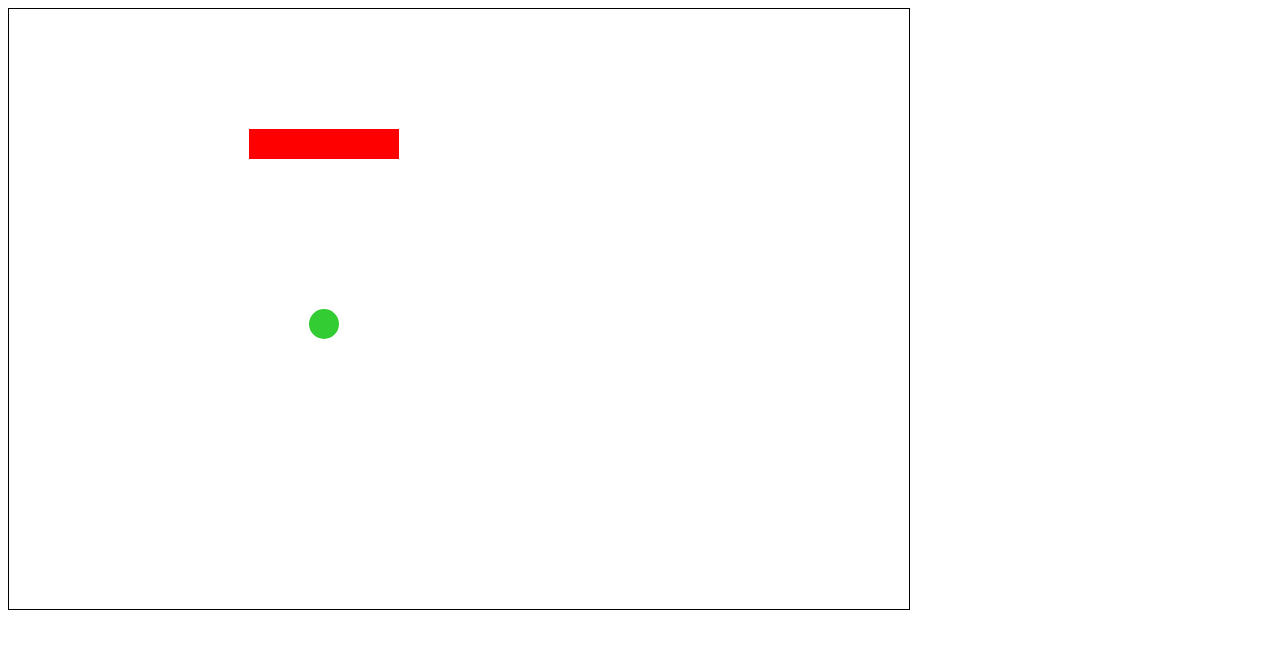
Repository: laben35/snake
Page: index.html
These files come from the project's save history. The page is drawn as it stood at one moment and after the next save; the edit follows.
The browser window is 1280 px wide. The pictures show the whole page.

Above is the page before, as saved 2019-12-08 17:35:52.

After the next save:
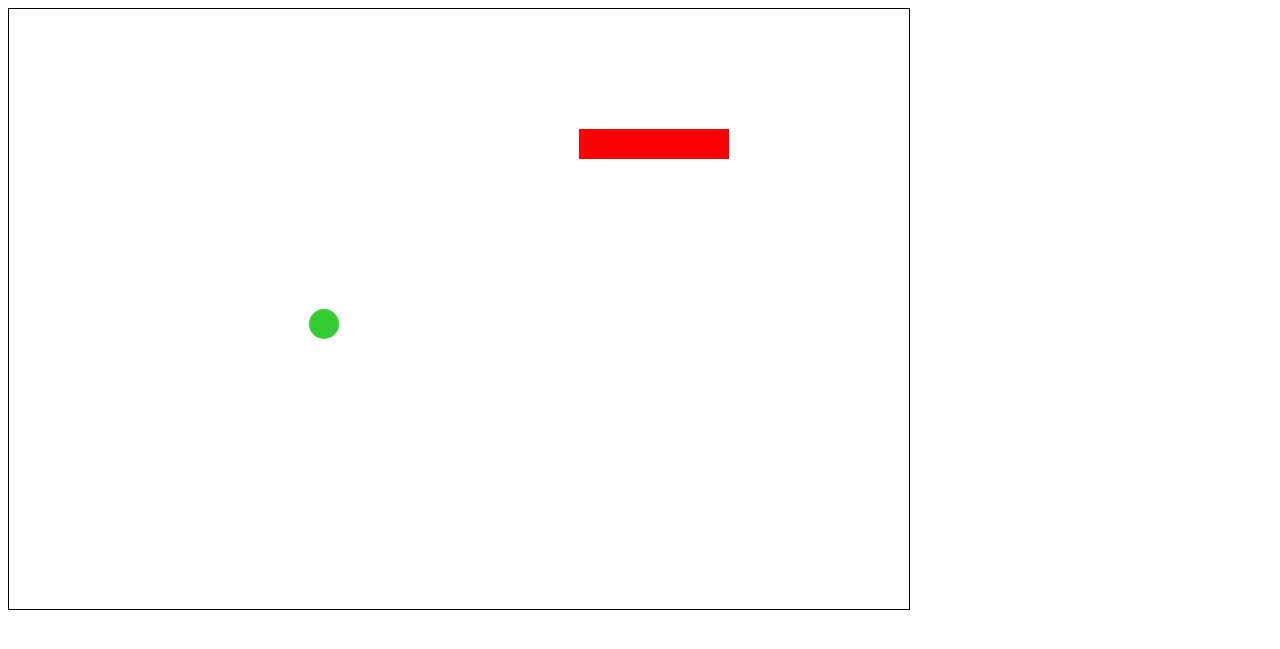
Saved 22 s later.
--- a/script.js
+++ b/script.js
@@ -4,7 +4,7 @@
     var canvasHeight = 600;
     var blockSize = 30;
     var ctx;
-    var delay = 1000;   // si j'augmente le délai de rafraichissement du canvas,  le serpent avance moins vite, comme ça il se rafraichit une fois toutes les secondes et non toutes les dixièmes de secondes
+    var delay = 300;   // si j'augmente le délai de rafraichissement du canvas,  le serpent avance moins vite, comme ça il se rafraichit une fois toutes les secondes et non toutes les dixièmes de secondes
     var snakee;
     var applee;
     var widthInBlocks = canvasWidth/blockSize;  //la largeur en terme de block sera la largeur divisée par la taille du bloc c'est à dire, la largeur est de 900px et la taille du bloc (blockSize) est de 30px ==> notre largeur en terme de blocks sera de 30px var 30*30=900

After the save that followed:
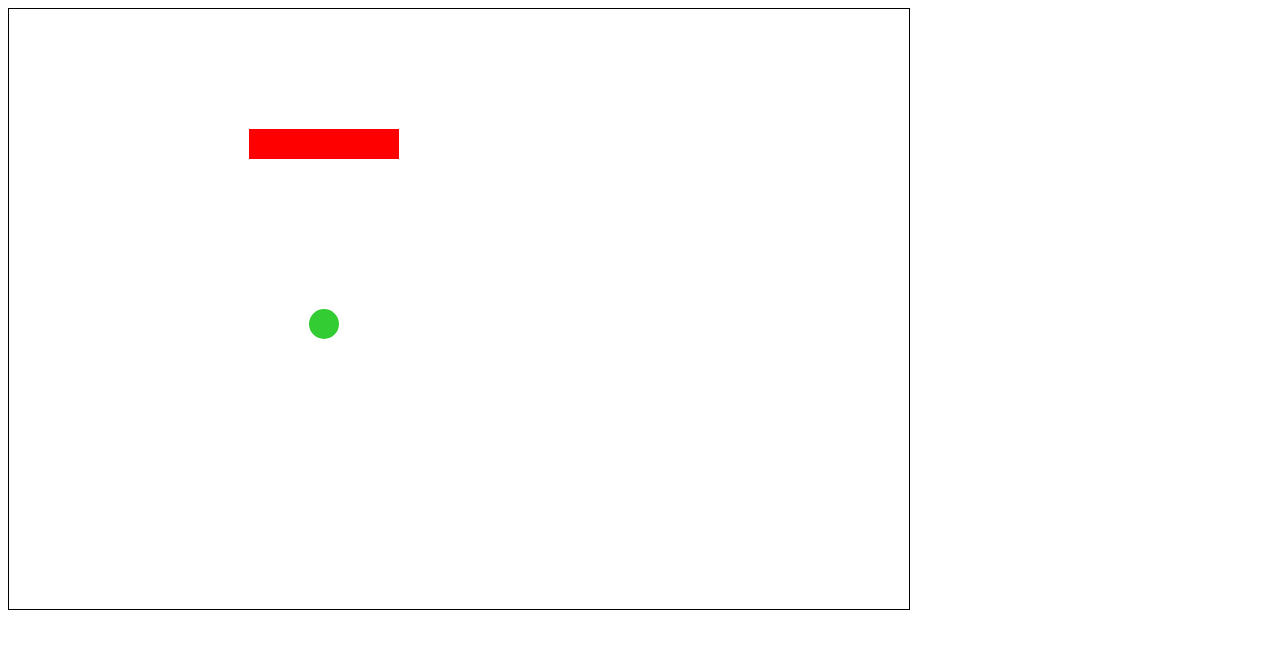
Saved 49 s later.
--- a/script.js
+++ b/script.js
@@ -4,7 +4,7 @@
     var canvasHeight = 600;
     var blockSize = 30;
     var ctx;
-    var delay = 300;   // si j'augmente le délai de rafraichissement du canvas,  le serpent avance moins vite, comme ça il se rafraichit une fois toutes les secondes et non toutes les dixièmes de secondes
+    var delay = 1000;   // si j'augmente le délai de rafraichissement du canvas,  le serpent avance moins vite, comme ça il se rafraichit une fois toutes les secondes et non toutes les dixièmes de secondes
     var snakee;
     var applee;
     var widthInBlocks = canvasWidth/blockSize;  //la largeur en terme de block sera la largeur divisée par la taille du bloc c'est à dire, la largeur est de 900px et la taille du bloc (blockSize) est de 30px ==> notre largeur en terme de blocks sera de 30px var 30*30=900
